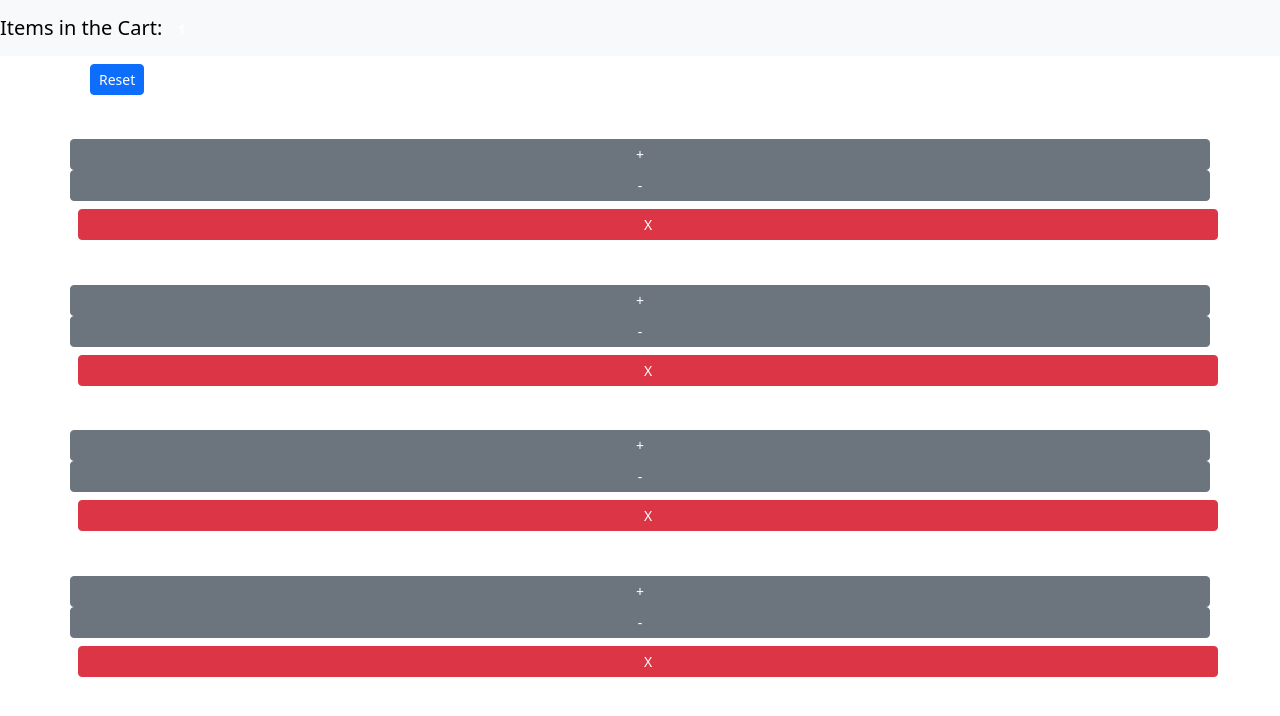
Repository: Edes2128/MovieTable-pagination-filter-sorting-in-React
Page: /
These files come from the project's save history. The page is drawn as it stood at one moment and after a run of saves; the edit follows.
The browser window is 1280 px wide. The pictures show the whole page.
The project was rebuilt for these pictures with package versions that can differ from the ones it lists, and the page was loaded fresh each time. Also part of the build but not shown: src/App.css.

Above is the page before, as saved 2020-06-16 00:12:05.

After the next 4 saves:
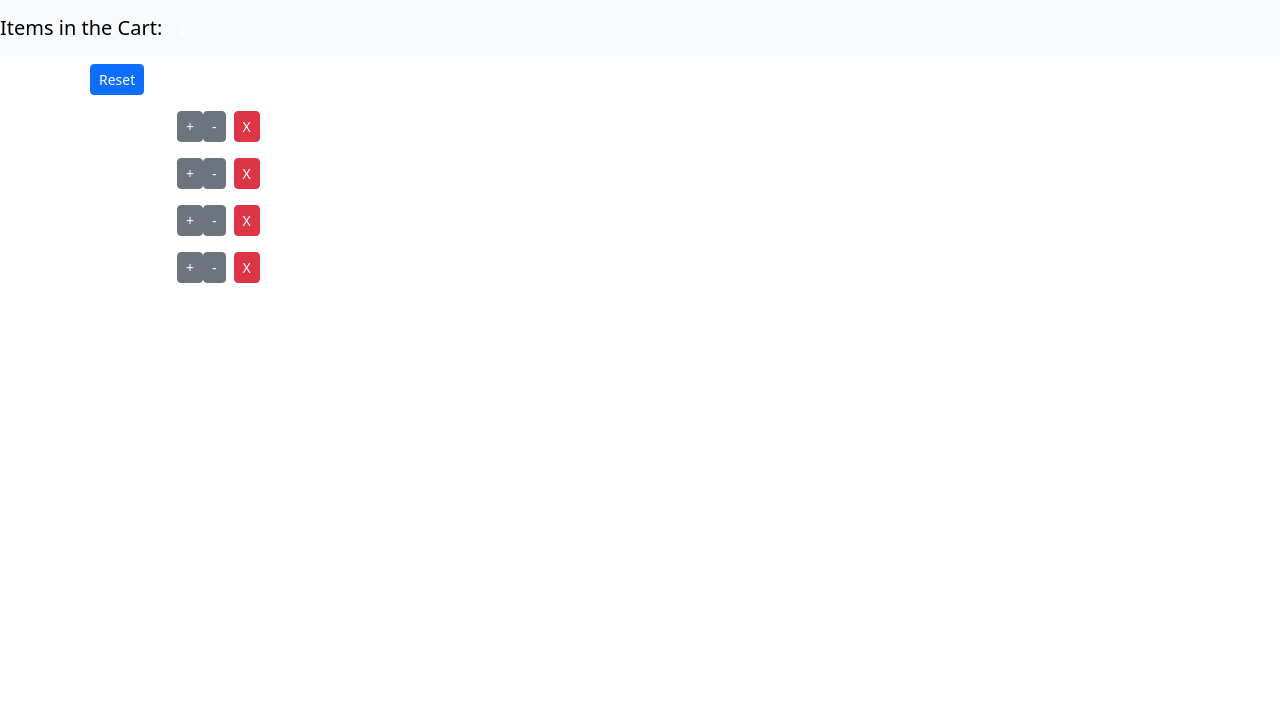
The 4 saves are shown as one change because they came seconds apart.
The last was saved 15 s later.
--- a/src/components/counter.jsx
+++ b/src/components/counter.jsx
@@ -14,11 +14,13 @@ class Counter extends Component {
                 </div>
 
 
-                <div className="col"></div>
+                <div className="col">
+                <button onClick={() => this.props.onIncrement(this.props.counter)} className="btn btn-secondary btn-sm">+</button>
+                <button onClick={() => this.props.onDecrement(this.props.counter)} className="btn btn-secondary btn-sm">-</button>
+                <button onClick={() => this.props.onDelete(this.props.counter.id)} className="btn btn-danger btn-sm m-2">X</button>
+                </div>
 
-            <button onClick={() => this.props.onIncrement(this.props.counter)} className="btn btn-secondary btn-sm">+</button>
-            <button onClick={() => this.props.onDecrement(this.props.counter)} className="btn btn-secondary btn-sm">-</button>
-            <button onClick={() => this.props.onDelete(this.props.counter.id)} className="btn btn-danger btn-sm m-2">X</button>
+
             </div>
 
             ) ;
